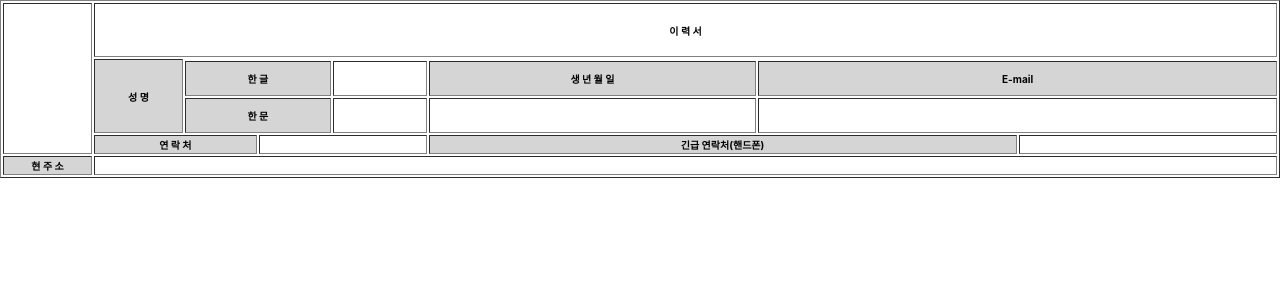
Repository: jiyeonyun/Resume
Page: / (app in resumes/)
These files come from the project's save history. The page is drawn as it stood at one moment and after the next save; the edit follows.
The browser window is 1280 px wide. The pictures show the whole page.
The project was rebuilt for these pictures with package versions that can differ from the ones it lists, and the page was loaded fresh each time. Also part of the build but not shown: resumes/src/data/edudata.js, resumes/src/components/educationalHIstory/educational.jsx, resumes/src/components/footer/footer.jsx.

Above is the page before, as saved 2022-05-25 15:39:43.

After the next save:
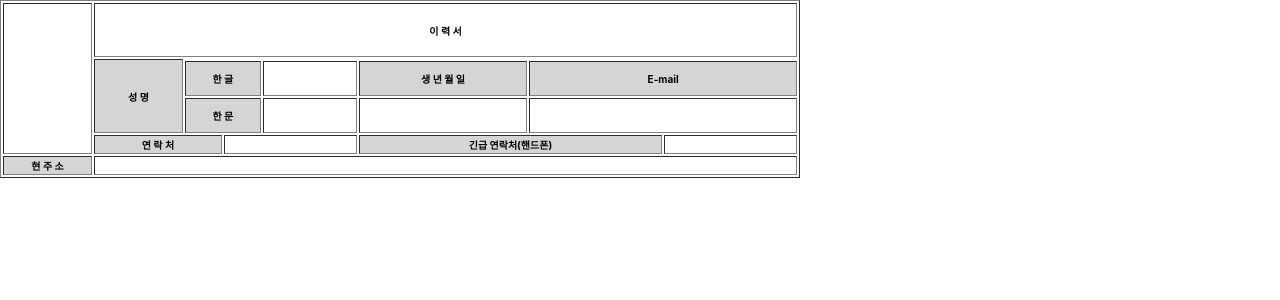
Saved 19 s later.
--- a/resumes/src/App.module.css
+++ b/resumes/src/App.module.css
@@ -1,6 +1,3 @@
 * {
   font-size: 10px;
 }
-table {
-  width: 100%;
-}
